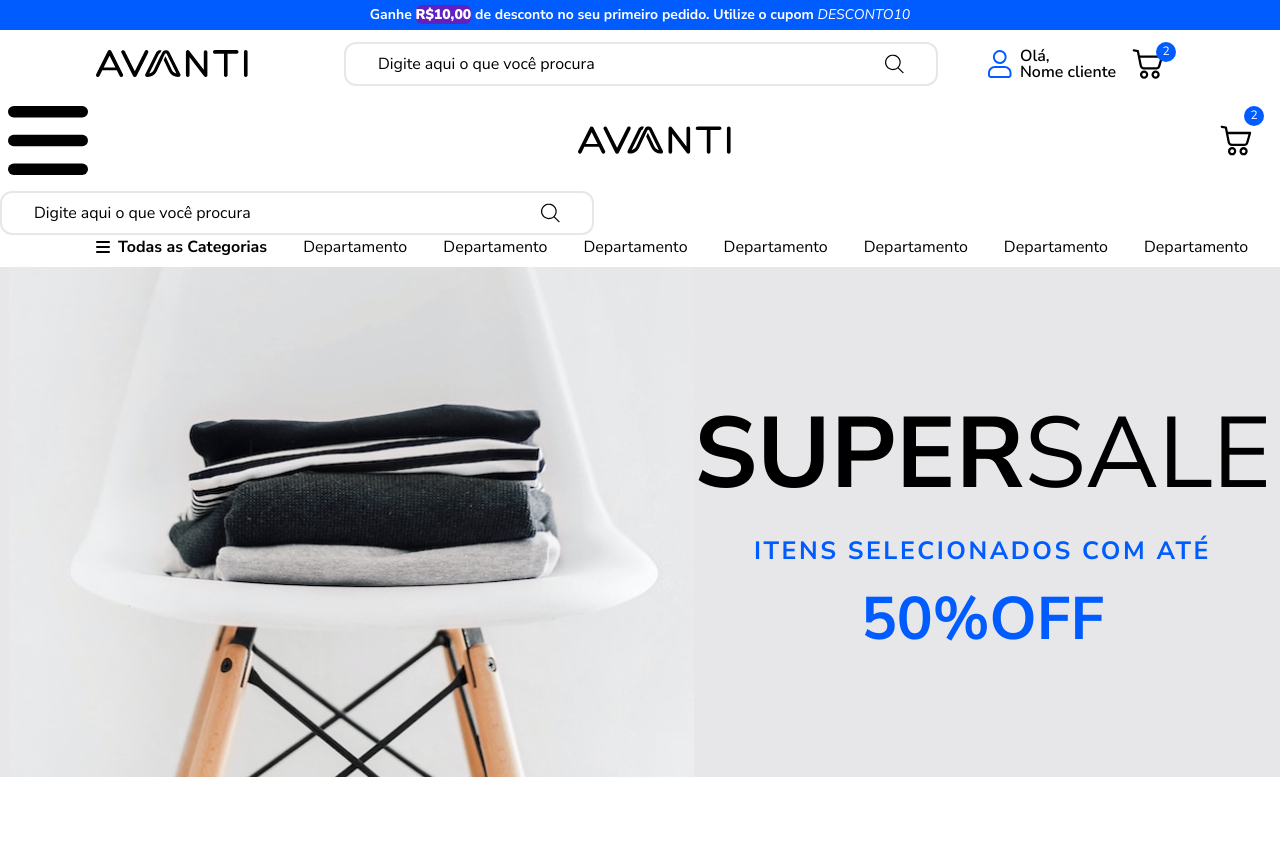
Repository: chidekina/avanti-01
Page: index.html
An editor plug-in stored every save of this project. The page is shown before and after the next save, followed by the edit.
The browser window is 1280 px wide. The pictures show the part of the page from y = 0 to 855 px (the page is 4209 px tall before and 4181 px after).
A picture or video elsewhere on the page could not be fetched, so the positions and the page height are approximate.

Above is the page before, as saved 2025-04-15 14:35:03.

### index.html
<!DOCTYPE html>
<html lang="en">
  <head>
    <meta charset="UTF-8" />
    <meta name="viewport" content="width=device-width, initial-scale=1.0" />
    <script src="https://cdn.jsdelivr.net/npm/@tailwindcss/browser@4"></script>
    <link rel="preconnect" href="https://fonts.googleapis.com" />
    <link rel="preconnect" href="https://fonts.gstatic.com" crossorigin />
    <link href="https://fonts.googleapis.com/css2?family=Nunito+Sans:ital,opsz,wght@0,6..12,200..1000;1,6..12,200..1000&family=Nunito:ital,wght@0,200..1000;1,200..1000&display=swap" rel="stylesheet" />
    <title>Avanti</title>
    <link rel="icon" type="image" href="./assets/avanti-icon.svg" />
    <link rel="stylesheet" href="style.css" />
    <link rel="stylesheet" href="https://cdn.jsdelivr.net/npm/swiper/swiper-bundle.min.css">
  </head>
  <body>
    <header class="mb-2">
      <h1 class="flex justify-center items-center bg-(--primary-color) text-white text-sm h-[30px] font-bold max-md:text-[12px] max-md:text-center max-md:px-6 max-md:h-[52px]">
        <span>
        Ganhe
        <b class=" bg-(--secondary-color) heigth-[16px] w-[64px] rounded-md">R$10,00</b>
        de desconto no seu primeiro pedido. Utilize o cupom
        <i class="font-normal">DESCONTO10</i>
        </span>
      </h1>
      <div class="mt-3 mb-5 px-24 flex justify-between w-full max-md:hidden">
        <div class="flex gap-24">
          <img src="./assets/logo.svg" alt="Avanti Logo" class="w-[152px]" />
            <div class="flex justify-between py-2 border-2 border-solid border-(--bg-color) px-8 rounded-xl cursor-text w-[594px]">
              <input type="text" placeholder="Digite aqui o que você procura" class="placeholder-black outline-none focus:placeholder-transparent w-1/2" />
              <img src="./assets/search.svg" />
            </div>
        </div>
        <div class="flex gap-4">
          <div class="flex gap-2 items-center">
            <img src="./assets/user.svg" alt="icone do usuario" class="w-[24px]" />
            <h6 class="leading-none font-semibold">
              Olá,<br />
              Nome cliente
            </h6>
          </div>
          <div class="flex">
            <img src="./assets/cart.svg" alt="imagem de um carrinho de compras" class="w-[32px]" />
            <div class="relative bg-(--primary-color) w-[20px] h-[20px] text-center text-white text-[12px] rounded-full right-2">2</div>
          </div>
        </div>
      </div>
      <div class="">
        <div class="flex justify-between my-4 mx-2">
          <img src="./assets/menu-hamburger.svg" alt="menu hamburguer" class="w-20">
          <img src="./assets/logo.svg" alt="logo da Avanti">
          <div class="flex">
            <img src="./assets/cart.svg" alt="imagem de um carrinho de compras" class="w-[32px]" />
            <div class="relative bg-(--primary-color) w-[20px] h-[20px] text-center text-white text-[12px] rounded-full right-2">2</div>
          </div>
        </div>
        <div class="flex justify-between py-2 border-2 border-solid border-(--bg-color) px-8 rounded-xl cursor-text w-[594px]">
          <input type="text" placeholder="Digite aqui o que você procura" class="placeholder-black outline-none focus:placeholder-transparent w-1/2" />
          <img src="./assets/search.svg" />
        </div>
      </div>
      <div class="flex px-24 w-full max-md:hidden">
        <ul class="flex gap-9" id="department-list">
          <li  id="menu-button">
          <a href="#">
            <div class="flex gap-2 w-max">
              <img src="./assets/menu-hamburger.svg" alt="menu hamburguer" />
              <h5 class="font-bold">Todas as Categorias</h5>
            </div>
          </a>
        </li>
        </ul>
      </div>
      <div class="flex mx-24 my-2 w-[1200px] h-[320px] bg-white rounded-md px-4 hidden" id="department-content">
       <div id="department-number">
        <div class="flex gap-20" id="department-content-list">
      </div>
      </div>
        <div class="flex flex-col relative left-146 my-2 w-[236px] justify-center bg-[url(/assets/mini-banner.svg)] bg-no-repeat mr-2 px-4 gap-4">
          <h1 class="text-[24px] text-white z-2">
            Confira os<br>
            Produtos<br>
            <b>Que<br>
            acabaram<br>
            De chegar<br></b>
          </h1>
          <a class=" flex justify-center items-center text-white font-bold border-1 z-2 rounded-lg w-[112px] text-[12px] h-[38px]">
            VER TODOS
          </a>
        </div>
      </div>
      <div class="flex mx-24 my-2 w-[1200px] h-[320px] bg-white rounded-md hidden" id="dropdown-content">
        <ul class="flex flex-col gap-2 bg-(--bg-lighter) overflow-y-scroll w-1/5 rounded-md px-4 py-2" id="categories-list">
        </ul>
        <div class="flex flex-col relative left- my-2 w-[236px] justify-center bg-[url(/assets/mini-banner.svg)] bg-no-repeat mr-2 px-4 gap-4">
          <h1 class="text-[24px] text-white z-2">
            Confira os<br>
            Produtos<br>
            <b>Que<br>
            acabaram<br>
            De chegar<br></b>
          </h1>
          <a class=" flex justify-center items-center text-white font-bold border-1 z-2 rounded-lg w-[112px] text-[12px] h-[38px]">
            VER TODOS
          </a>
        </div>
      </div>
    </header>
    <main>
      <section class="flex justify-center items-center w-full height-[510px] bg-(--bg-color) font-(--font-secondary)">
        <img src="./assets/chair.svg" alt="Foto de uma cadeira com roupas dobradas em cima" />
        <div class="flex flex-col gap-1 text-center">
          <h1 class="text-[100px]"><b>SUPER</b>SALE</h1>
          <h4 class="text-[25px] text-(--primary-color) font-bold tracking-widest">ITENS SELECIONADOS COM ATÉ</h4>
          <h4 class="text-[60px] text-(--primary-color) font-bold">50%OFF</h4>
        </div>
      </section>
<carousel-section></carousel-section>
      </section>
  <description-section></description-section>
  <section class="flex w-full bg-(--bg-light) px-[200px] py-[42px] font-(--font-secondary) my-[40px]">
    <div class="text-center text-(--text-color) w-1/2 mr-5">
      <h1 class="text-[30px] font-bold mb-10">
        Lorem ipsum
      </h1>
      <ul class="flex flex-col text-start gap-15">
        <li class="flex gap-6">
          <img src="./assets/pin.svg">
          <p>
            Aenean massa. Cum sociis natoque penatibus et magnis dis parturient montes, nascetur ridiculus mus. Donec quam felis, ultricies nec, pellentesque eu, pretium quis, sem.
          </p>
        </li>
        <li class="flex gap-6">
          <img src="./assets/pin.svg">
          <p>
            Aenean massa. Cum sociis natoque penatibus et magnis dis parturient montes, nascetur ridiculus mus. Donec quam felis, ultricies nec, pellentesque eu, pretium quis, sem.
          </p>
        </li>
        <li class="flex gap-6">
          <img src="./assets/pin.svg">
          <p>
            Aenean massa. Cum sociis natoque penatibus et magnis dis parturient montes, nascetur ridiculus mus. Donec quam felis, ultricies nec, pellentesque eu, pretium quis, sem.
          </p>
        </li>
      </ul>
    </div>
    <img src="./assets/banner.svg" alt="Foto da caneca da Avanti sobre uma tabua de vegetais" class="w-1/2">
  </section>
  <section>
  <description-section></description-section>
  <carousel-section></carousel-section>

  </section>
  <section>
    <img src="./assets/banner2.svg" alt="Foto da entrada da loja da Avanti" />
    <div class="absolute h-[126px] bg-(--primary-color) w-full bottom-[-3080px] text-white text-[30px] font-(--font-secondary)">
      <h1 class="flex justify-center h-full items-center">Entre em contato conosco e verifique a disponibilidade para sua região!</h1>
    </div>
  </section>
  <section class="flex flex-col my-[50px] gap-6 items-center">
    <h2 class="font-bold text-center text-[20px]">
      Cadastre-se na nossa <b class="text-(--primary-color)">newsletter</b>
    </h2>
    <div class="flex w-[1260px] h-[170px] items-center justify-center bg-(--bg-light) rounded-lg gap-6">
      <input type="text" placeholder="Digite seu nome" class="outline-none rounded-lg bg-white placeholder:text-black w-[260px] h-[48px] focus:placeholder-transparent pl-4"/>
      <input type="text" placeholder="Digite seu e-mail" class="outline-none rounded-lg bg-white placeholder:text-black w-[260px] h-[48px] focus:placeholder-transparent pl-4"/>
      <div class="flex gap-1">
      <input type="checkbox" />
      <h5 class="text-(--sub-text) text-[12px] font-bold">Estou de acordo com a <a href="#" class="underline">Política de Privacidade</a></h5>
    </div>
    </div>
  </section>
  <section class="text-center px-[200px] py-[64px] bg-(--bg-lighter)">
    <div class="flex justify-around mb-10">
    <div class="flex flex-col gap-5">
      <img src="./assets/logo.svg" alt="Logo Avanti" />
      <ul class="flex gap-5 justify-around items-center">
        <li>
          <a href="#">
            <img src="./assets/social-links/instagram.svg" alt="Logo do instagram" />
          </a>
        </li>
        <li>
          <a href="#">
            <img src="./assets/social-links/facebook.svg" alt="Logo do instagram" />
          </a>
        </li>
        <li>
          <a href="#">
            <img src="./assets/social-links/youtube.svg" alt="Logo do instagram" />
          </a>
        </li>
        <li>
          <a href="#">
            <img src="./assets/social-links/tiktok.svg" alt="Logo do instagram" />
          </a>
        </li>
      </ul>
    </div>
    <ul class="flex flex-col gap-4">
      <li class="font-bold">
        <a href="">
          Institucional
        </a>
      </li>
      <li>
        <a href="">
          Sobre Nós
        </a>
      </li>
      <li>
        <a href="">
          Nossas lojas
        </a>
      </li>
      <li>
        <a href="">
          Privacidade e Segurança
        </a>
      </li>
      <li>
        <a href="">
          Termos e condições
        </a>
      </li>
    </ul>
    <ul class="flex flex-col gap-4">
      <li class="font-bold">
        <a href="">
          Central de ajuda
        </a>
      </li>
      <li>
        <a href="">
          Fale Conosco
        </a>
      </li>
      <li>
        <a href="">
          Frete e Entrega
        </a>
      </li>
      <li>
        <a href="">
          Trocas e Devoluções
        </a>
      </li>
      <li>
        <a href="">
          Formas de Pagamento
        </a>
      </li>
      <li>
        <a href="">
          FAQ
        </a>
      </li>
    </ul>
    <ul class="flex flex-col gap-4">
      <li class="font-bold">
          Atendimento
      </li>
      <li>
         <b>Telefone:</b> (00) 1234-5678
      </li>
      <li>
        <b>E-mail:</b> exemplo@exemplo.com.br
      </li>
      <li>
        <b>Horário de atendimento:</b><br>
          Segunda a Sábado: 07h00 às 23h00<br>
          Domingos e Feriados:  07h00 às 21h00
      </li>
    </ul>
  </div>
<div>
<ul class="flex gap-10 justify-center">
  <li>
    <img src="./assets/payments/amex.svg" alt="Logo Amex" />
  </li>
  <li>
    <img src="./assets/payments/mastercard.svg" alt="Logo Mastercard" />
  </li>
  <li>
    <img src="./assets/payments/visa.svg" alt="Logo Visa" />
  </li>
  <li>
    <img src="./assets/payments/hipercard.svg" alt="Logo Hipercard" />
  </li>
  <li>
    <img src="./assets/payments/elo.svg" alt="Logo Elo" />
  </li>
  <li>
    <img src="./assets/payments/dinners.svg" alt="Logo Dinners" />
  </li>
  <li>
    <img src="./assets/payments/paypal.svg" alt="Logo Paypal" />
  </li>
  <li>
    <img src="./assets/payments/pix.svg" alt="Logo Pix" />
  </li>
  <li>
    <img src="./assets/payments/boleto.svg" alt="Logo Boleto" />
  </li>
</ul>
</div>
  </section>
    </main>
    <footer class="flex flex-col gap-5 my-10">
      <div class="flex flex-col text-center justify-center items-center">
        <p class="w-[1000px] text-[12px]">
          Lorem ipsum dolor sit amet, consectetuer adipiscing elit, sed diam nonummy nibh euismod tincidunt ut laoreet dolore magna aliquam erat volutpat. Ut wisi enim ad minim veniam, quis nostrud exerci tation ullamcorper suscipit lobortis nisl ut aliquip ex ea commodo consequat. Duis autem vel eum iriure dolor in hendrerit in vulputate velit esse molestie consequat, vel illum dolore eu feugiat nulla facilisis at vero eros et accumsan et iusto odio dignissim qui blandit praesent luptatum zzril delenit augue duis dolore te feugait nulla facilisi.
        </p>
      </div>
        <ul class="flex justify-center gap-10">
          <li>
            <img src="./assets/logos/encrypt-logo.svg" alt="Logo da Lets Encrypt">
          </li>
          <li>
            <img src="./assets/logos/vtex-pci-logo.svg" alt="Logo da VTEX e da PCI certified">
          </li>
          <li>
            <img src="./assets/logo.svg" alt="Logo da Avanti">
          </li>
          <li>
            <img src="./assets/logos/vtex-logo.svg" alt="Logo da VTEX">
          </li>
        </ul>
      </footer>
    <script src="https://cdn.jsdelivr.net/npm/swiper/swiper-bundle.min.js"></script>
    <script src="app.js"></script>
  </body>
</html>

### style.css
:root {
    font-family: "Nunito Sans", sans-serif;
    --primary-color: #005CFF;
    --secondary-color: #6220C1;
    --text-color: #4F4F4F;
    --bg-color: #E7E7EA;
    --bg-dark: #C2C2C2;
    --bg-light: #DEDEDE;
    --bg-lighter: #F5F5F5;
    --sub-text: #656565;
    --font-secondary: "Nunito", sans-serif;
}

html, body {
    margin: 0;
    padding: 0;
    width: 100%;
    height: 100%;
    box-sizing: border-box;
  }

#dropdown-content,
#department-content {
    position: absolute;
    z-index: 1;
    box-shadow: 0px 8px 16px 0px rgba(0,0,0,0.2);
}


#dropdown-content .bg-no-repeat::before,
#department-content .bg-no-repeat::before {
    content: '';
    position: absolute;
    top: 0;
    left: 0;
    width: 236px;
    height: 298px;
    background-image: url(/assets/black-filter.svg);
    z-index: 1;
}

#categories-list li:hover img,
#categories-list li.active img {
    content: url('./assets/arrow-active.svg');
    transform: scale(1.1);
}

.selected {
    color: var(--primary-color); /* Replace with your desired color */
    font-weight: bold;
}

#categories-list li.selected img {
    content: url('./assets/arrow-active.svg'); /* Replace with the active image path */
    transform: scale(1.1); /* Optional: Add a scaling effect */
}

.sublist.open {
    max-height: 500px; /* Adjust based on the expected height of the sublist */
}


.sublist {
    list-style: none;
    padding: 0;
    margin: 0;
}

### app.js
class Carousel extends HTMLElement {
    constructor() {
      super();
    }

    connectedCallback() {
      this.render();
      this.initSlides();
      this.initSwiper();
    }

    render() {
      this.innerHTML = `
        <section class="py-[80px] px-[150px]">
          <div>
            <div class="flex justify-between mb-4">
              <h3 class="font-bold text-[20px]">Lançamentos</h3>
              <h4>Ver mais</h4>
            </div>
            <div class="swiper">
              <div class="swiper-container">
                <ul class="swiper-wrapper" id="swiper-wrapper"></ul>
                <div class="swiper-button-next"></div>
                <div class="swiper-button-prev"></div>
                <div class="swiper-pagination"></div>
              </div>
            </div>
          </div>
        </section>
      `;
    }

    initSlides() {
      const swiperWrapper = this.querySelector("#swiper-wrapper");

      for (let i = 1; i <= 15; i++) {
        const slide = `
          <li class="swiper-slide border border-[#DDDDDD] py-1 px-1 rounded-md" style="min-width: 200px;">
            <div class="absolute">
              <h6 class="flex justify-center items-center bg-[#00264E] text-white text-[10px] w-[42px] h-[20px] rounded-sm">
                NOVO
              </h6>
            </div>
            <img src="./assets/model.svg" alt="Modelo ${i}" />
            <div class="mt-2">
              <h3 class="text-[#303030] text-[12px] mb-1 leading-none">
                Produto ${i} - Nome do Produto
              </h3>
            </div>
            <div class="flex gap-1">
              <div>
                <h4 class="text-[#303030] text-[10px] line-through leading-none">R$ 100,00</h4>
                <h4 class="text-[14px] font-bold tracking-tight">R$ 79,90</h4>
              </div>
              <div class="flex justify-center items-center bg-[#5EC0BE] text-white underline text-[8px] w-[52px] h-[16px] rounded-sm tracking-tight">
                10% OFF
              </div>
            </div>
            <h6 class="text-[10px]">Ou em até <b>10x de R$ 7,90</b></h6>
            <button class="w-full bg-[#00264E] text-white rounded-md text-[12px] h-[30px]">
              Comprar
            </button>
          </li>
        `;
        swiperWrapper.insertAdjacentHTML("beforeend", slide);
      }
    }

    initSwiper() {
      new Swiper(this.querySelector(".swiper-container"), {
        slidesPerView: 5,
        spaceBetween: 10,
        navigation: {
          nextEl: this.querySelector(".swiper-button-next"),
          prevEl: this.querySelector(".swiper-button-prev"),
        },
        pagination: {
          el: this.querySelector(".swiper-pagination"),
          clickable: true,
        },
      });
    }
  }

  customElements.define("carousel-section", Carousel);

class Description extends HTMLElement {
  connectedCallback() {
    this.innerHTML = `
     <section class="flex px-[200px] gap-5 items-center">
        <div class="flex bg-(--bg-dark) justify-center items-center">
            <img src="./assets/mug.svg" alt="Foto de uma caneca da Avanti" />
        </div>
        <div class="font-(--font-secondary) w-1/2">
            <h1 class="font-bold text-[30px]">
          Lorem Ipsum
            </h1>
            <p class="text-[12px]">
                Duis consectetur metus nec lacus auctor dignissim. Mauris vitae finibus dui. Mauris laoreet lacus ut eleifend viverra. Cras efficitur volutpat dui, in lobortis metus lacinia sit amet. Sed lacinia pharetra magna, vel pulvinar ligula hendrerit a. Maecenas fringilla porttitor tortor eget lacinia. Donec sollicitudin euismod orci, auctor fringilla magna consequat interdum. Fusce sagittis elit a libero commodo egestas efficitur id augue.<br></br>
                Duis consectetur metus nec lacus auctor dignissim. Mauris vitae finibus dui. Mauris laoreet lacus ut eleifend viverra. Cras efficitur volutpat dui, in lobortis metus lacinia sit amet. Sed lacinia pharetra magna, vel pulvinar ligula hendrerit a. Maecenas fringilla porttitor tortor eget lacinia. Donec sollicitudin euismod orci, auctor fringilla magna consequat interdum. Fusce sagittis elit a libero commodo egestas efficitur id augue.
            </p>
        </div>
        </section>
        `;
  }
};

customElements.define("description-section", Description);

const categories = document.getElementById('categories-list');
const dropdown = document.getElementById('dropdown-content');
const allCategories = document.getElementById('menu-button');
const depList = document.getElementById('department-list');
const depContent = document.getElementById('department-content');
const depContentList = document.getElementById('department-content-list');
const depNumber = document.getElementById('department-number');

for (let i = 1; i <= 7; i++) {
  const li = document.createElement('li');
  li.innerHTML = `
    <a href="#" id="dep-${i}" class="hover:font-bold hover:text-(--primary-color)"> Departamento </a>
  `;

  li.onclick = () => {
    const allItems = depList.querySelectorAll('li');
    allItems.forEach(item => item.classList.remove('selected'));

    dropdown.classList.add('hidden');

    generateDepartmentContent(i); // Generate content dynamically for the clicked department
  };

  depList.appendChild(li);
}

function generateDepartmentContent(departmentId) {
  const currentVisibleId = depContent.getAttribute('data-visible-id');
  if (currentVisibleId === departmentId.toString()) {
    depContent.classList.add('hidden');
    depContent.removeAttribute('data-visible-id');
    return;
  }

  depContent.setAttribute('data-visible-id', departmentId);
  depContent.classList.remove('hidden');

  depContentList.innerHTML = '';
  const depTitle = depNumber.querySelector('h2');
  if (depTitle) {
    depNumber.removeChild(depTitle);
  }

  const h2 = document.createElement('h2');
  h2.className = 'font-bold mt-4 mb-2';
  h2.textContent = `Departamento ${departmentId}`;
  depNumber.prepend(h2);

  for (let col = 1; col <= 3; col++) {
    const ul = document.createElement('ul');
    ul.className = 'flex flex-col gap-1 text-[14px]';

    for (let item = 1; item <= 8; item++) {
      const li = document.createElement('li');
      li.className = 'first:font-bold first:text-(--primary-color) hover:font-bold hover:text-(--primary-color)';
      li.textContent = 'Categoria';
      ul.appendChild(li);
    }

    depContentList.appendChild(ul);
  }
}

allCategories.onclick = () => {
  if (dropdown.classList.contains('hidden')) {
    dropdown.classList.remove('hidden');
    depContent.classList.add('hidden');
  } else {
    dropdown.classList.add('hidden');
  }
};

for (let i = 1; i <= 15; i++) {
  const li = document.createElement('li');
  li.id = i;
  li.className = 'flex justify-between hover:text-(--primary-color) hover:font-bold';
  li.innerHTML = `
    <p>Departamento</p>
    <img src="./assets/arrow.svg" alt="imagem de flecha" />
  `;

  li.addEventListener('click', () => {
    const allItems = categories.querySelectorAll('li');
    allItems.forEach(item => item.classList.remove('selected'));

    li.classList.add('selected');

    const existingSublist = dropdown.querySelector('.sublist-container');
    if (existingSublist) {
      dropdown.removeChild(existingSublist);
    }

    const sublistContainer = document.createElement('div');
    sublistContainer.className = 'flex relative gap-[100px] right-50 mt-4 sublist-container';

    // Create 3 lists
    for (let i = 1; i <= 3; i++) {
      const sublist = document.createElement('ul');
      sublist.className = 'flex flex-col gap-3 sublist text-(--sub-text)';

      for (let j = 1; j <= 8; j++) {
        const subItem = document.createElement('li');
        subItem.className = 'hover:text-(--primary-color) hover:font-bold first:text-(--primary-color) first:font-bold';
        subItem.textContent = `Categoria ${li.id}`;
        sublist.appendChild(subItem);
      }

      sublistContainer.appendChild(sublist);
    }

    dropdown.appendChild(sublistContainer);
  });

  categories.appendChild(li);
}

After the next save:
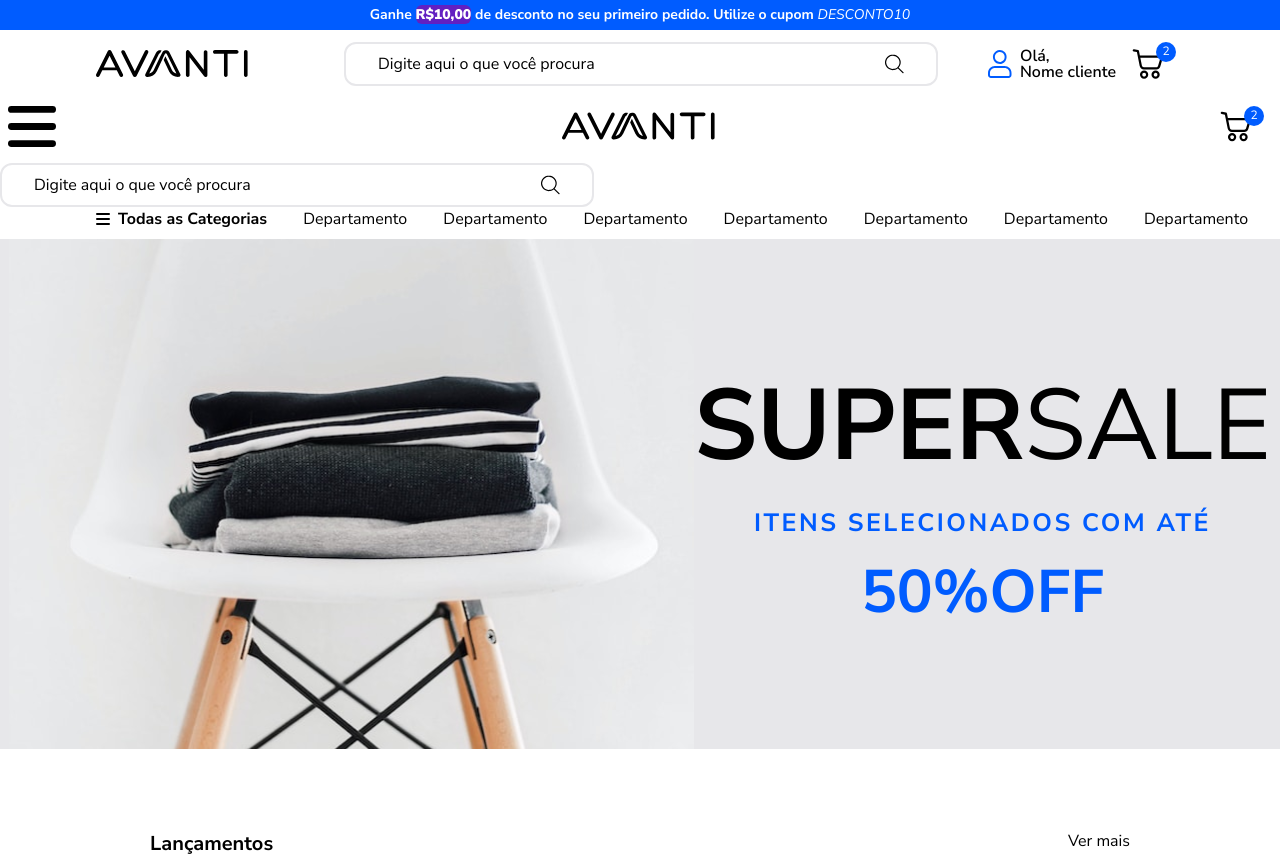
Saved 4 s later.
--- a/index.html
+++ b/index.html
@@ -46,7 +46,7 @@
       </div>
       <div class="">
         <div class="flex justify-between my-4 mx-2">
-          <img src="./assets/menu-hamburger.svg" alt="menu hamburguer" class="w-20">
+          <img src="./assets/menu-hamburger.svg" alt="menu hamburguer" class="w-12">
           <img src="./assets/logo.svg" alt="logo da Avanti">
           <div class="flex">
             <img src="./assets/cart.svg" alt="imagem de um carrinho de compras" class="w-[32px]" />
